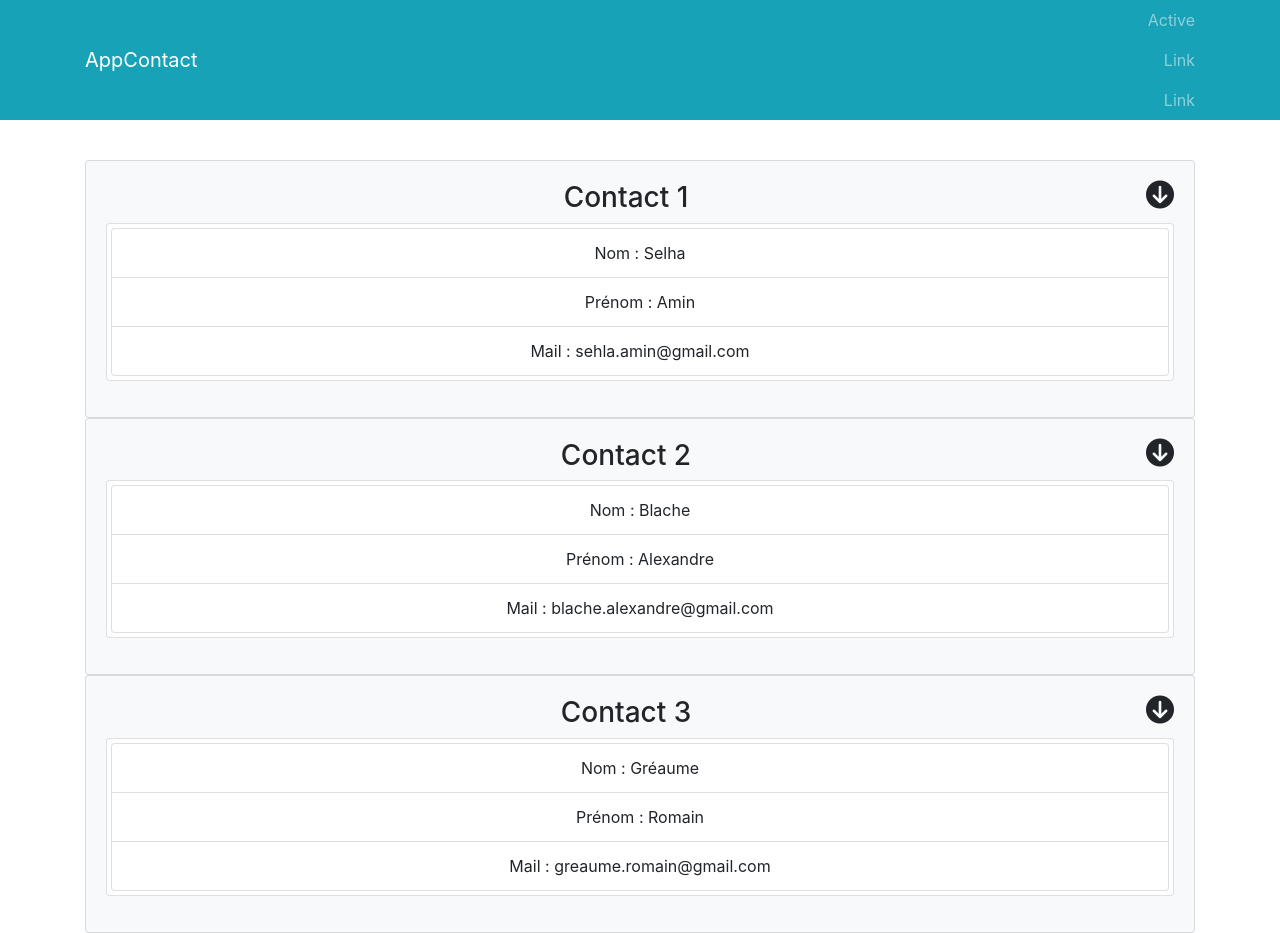
Repository: romgrm/appContact
Page: /
The author's editor kept a copy of each file at every save. The page is drawn from the files as they stood at one save, then again after the next save.
The browser window is 1280 px wide. The pictures show the whole page.
Some web libraries are served in a nearby version. The project was rebuilt for these pictures with package versions that can differ from the ones it lists, and the page was loaded fresh each time.

Above is the page before, as saved 2020-12-02 21:26:00.

After the next save:
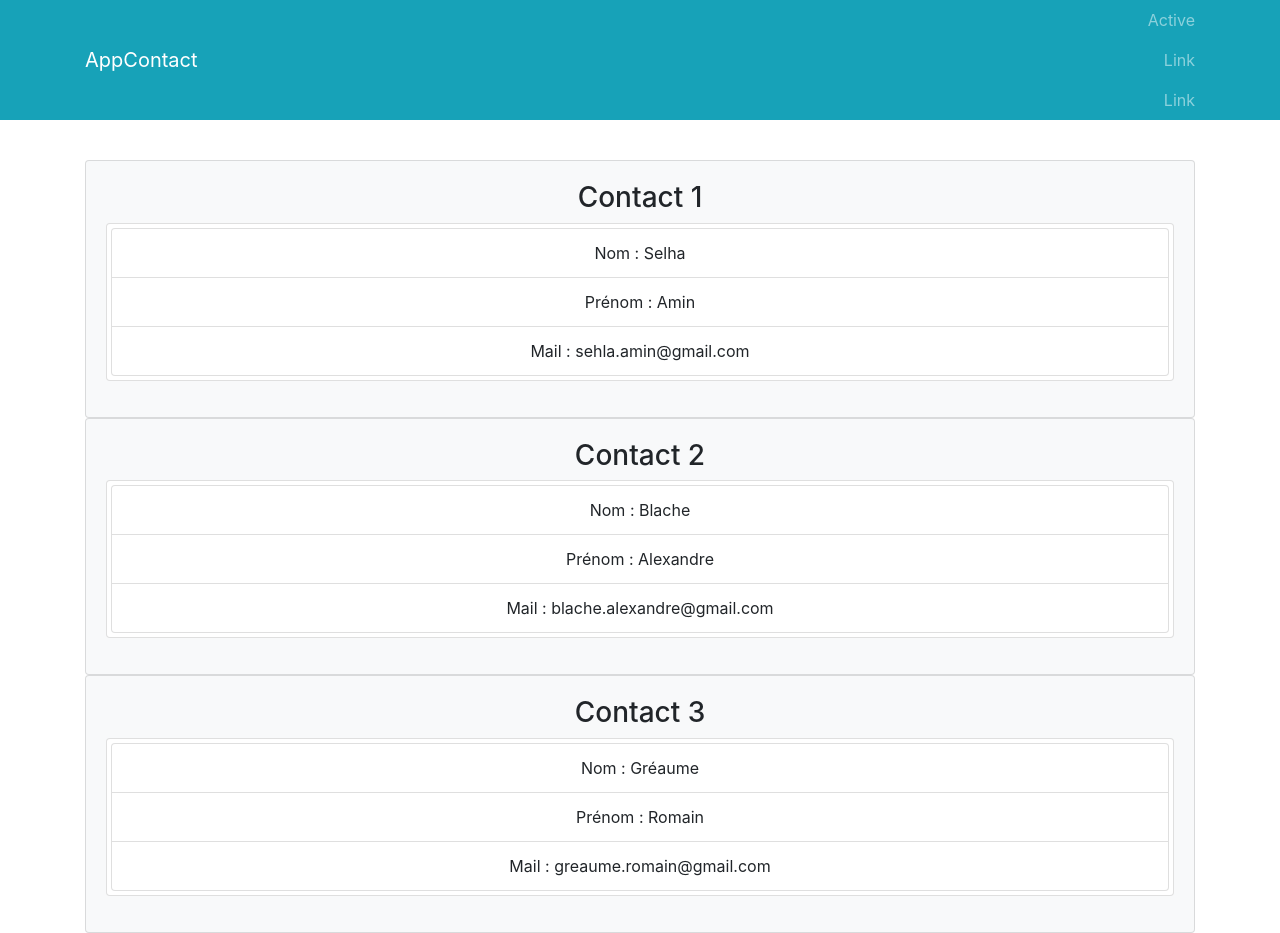
Saved 16 s later.
--- a/src/Components/Contact.js
+++ b/src/Components/Contact.js
@@ -4,7 +4,7 @@
     render() {
         return (
             <div className="card card-body bg-light text-center">
-                <p className="h3">{this.props.Contact}<i className="fas fa-arrow-circle-down " style={{float:"right"}}></i></p>
+                <p className="h3">{this.props.Contact}</p>
                 <ul className="card card-body p-1">
                     <li className="list-group-item"> Nom : {this.props.Nom}</li>
                     <li className="list-group-item"> Prénom : {this.props.Prenom}</li>

After the save that followed:
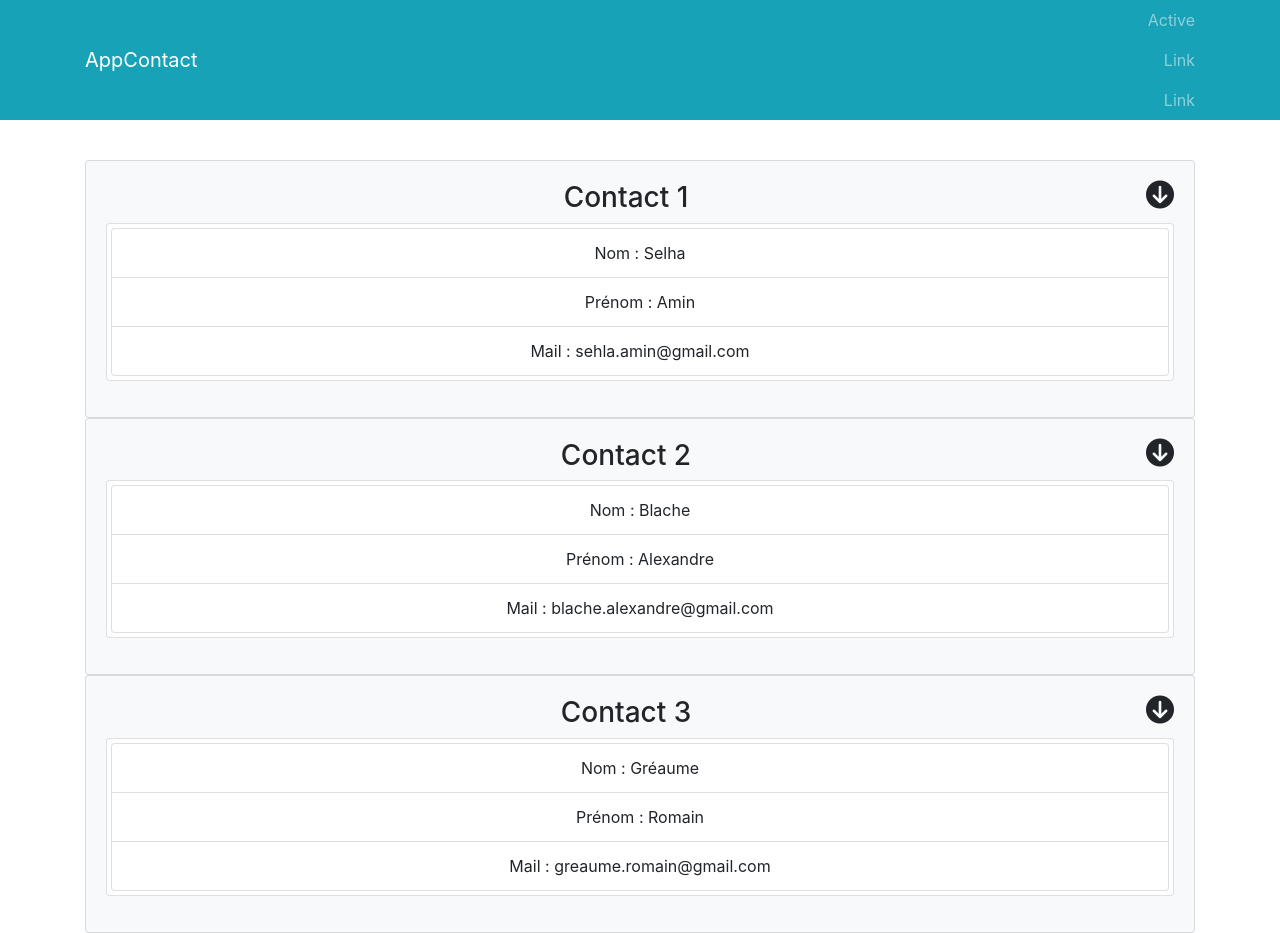
Saved 4 s later.
--- a/src/Components/Contact.js
+++ b/src/Components/Contact.js
@@ -4,7 +4,7 @@
     render() {
         return (
             <div className="card card-body bg-light text-center">
-                <p className="h3">{this.props.Contact}</p>
+                <p className="h3">{this.props.Contact}<i className="fas fa-arrow-circle-down " style={{float:"right"}}></i></p>
                 <ul className="card card-body p-1">
                     <li className="list-group-item"> Nom : {this.props.Nom}</li>
                     <li className="list-group-item"> Prénom : {this.props.Prenom}</li>
